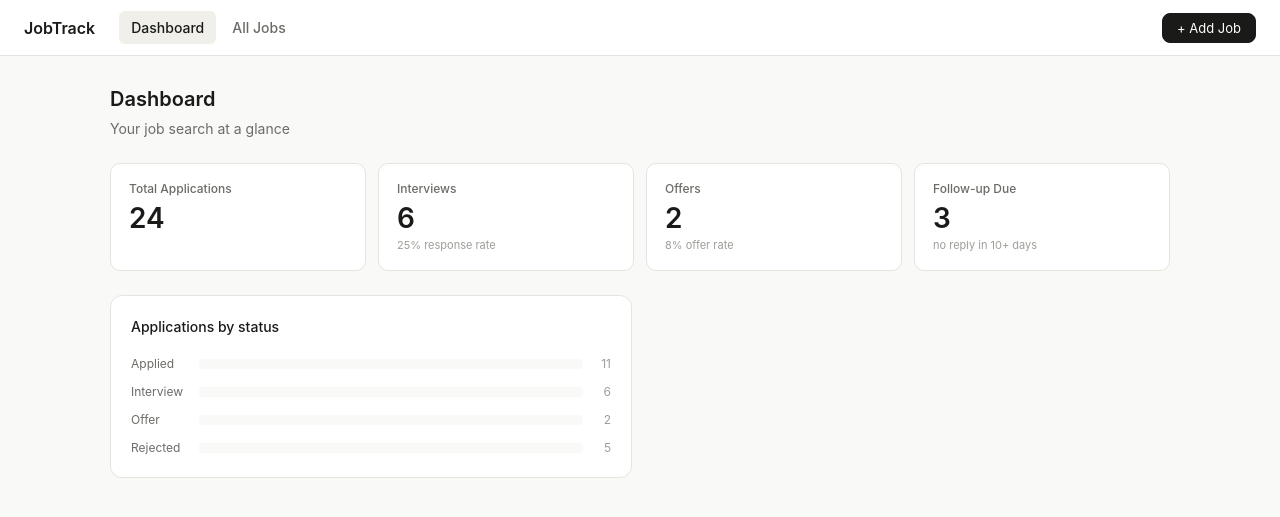
Repository: adtm0/jobtracker
Page: /dashboard (app in frontend/)
The author's editor kept a copy of each file at every save. The page is drawn from the files as they stood at one save, then again after a run of saves.
The browser window is 1280 px wide. The pictures show the whole page.
The project was rebuilt for these pictures with package versions that can differ from the ones it lists, and the page was loaded fresh each time. Also part of the build but not shown: frontend/vite.config.js, frontend/src/pages/Login.jsx, frontend/src/pages/Register.jsx, frontend/src/pages/Jobs.jsx, frontend/src/pages/JobForm.jsx.

Above is the page before, as saved 2026-04-19 21:32:27.

After the next 2 saves:
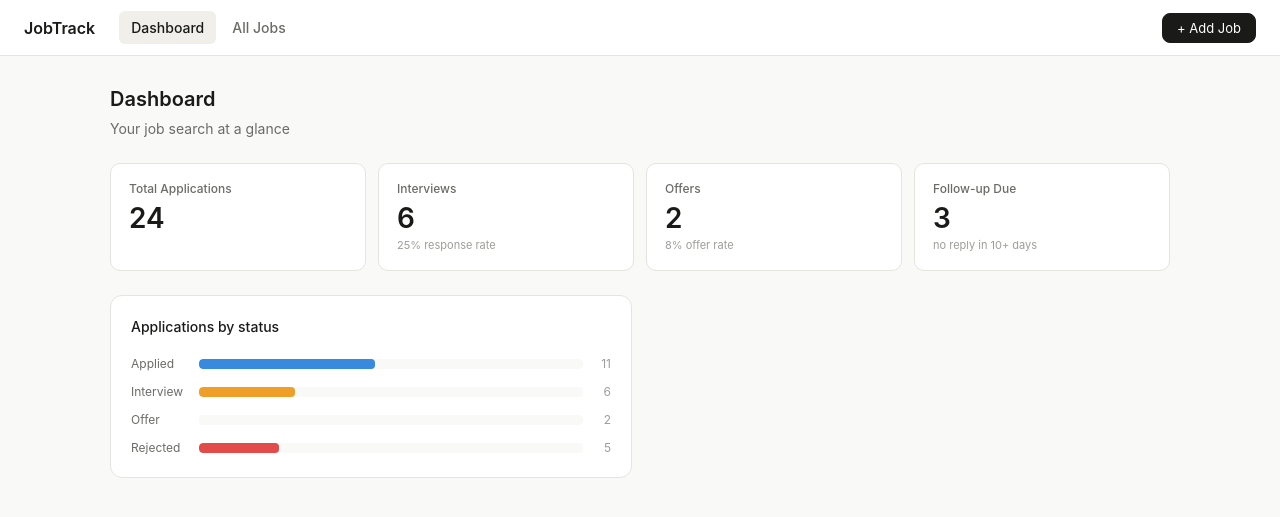
The 2 saves are shown as one change because 1 did not build or start.
The last was saved 15 s later.
--- a/frontend/src/pages/Dashboard.jsx
+++ b/frontend/src/pages/Dashboard.jsx
@@ -67,7 +67,10 @@ export default function Dashboard() {
               <div key={label} style={{display: 'flex', alignItems: 'center', gap: 8}}>
                 <span style={{fontSize: 12, color: '#6b6b67', width: 60}}>{label}</span>
                 <div style={{flex: 1, background: '#f9f9f8', borderRadius: 4, height: 10, overflow: 'hidden'}}>
-                  <div></div>
+                  <div style={{width: `${(value / total) * 100}%`,
+                  height: '100%',
+                  background: color,
+                  borderRadius: 4}}></div>
                 </div>
                 <span style={{fontSize: 12, color: '#9d9d99', width: 20, textAlign: 'right'}}>{value}</span>
                 </div>
